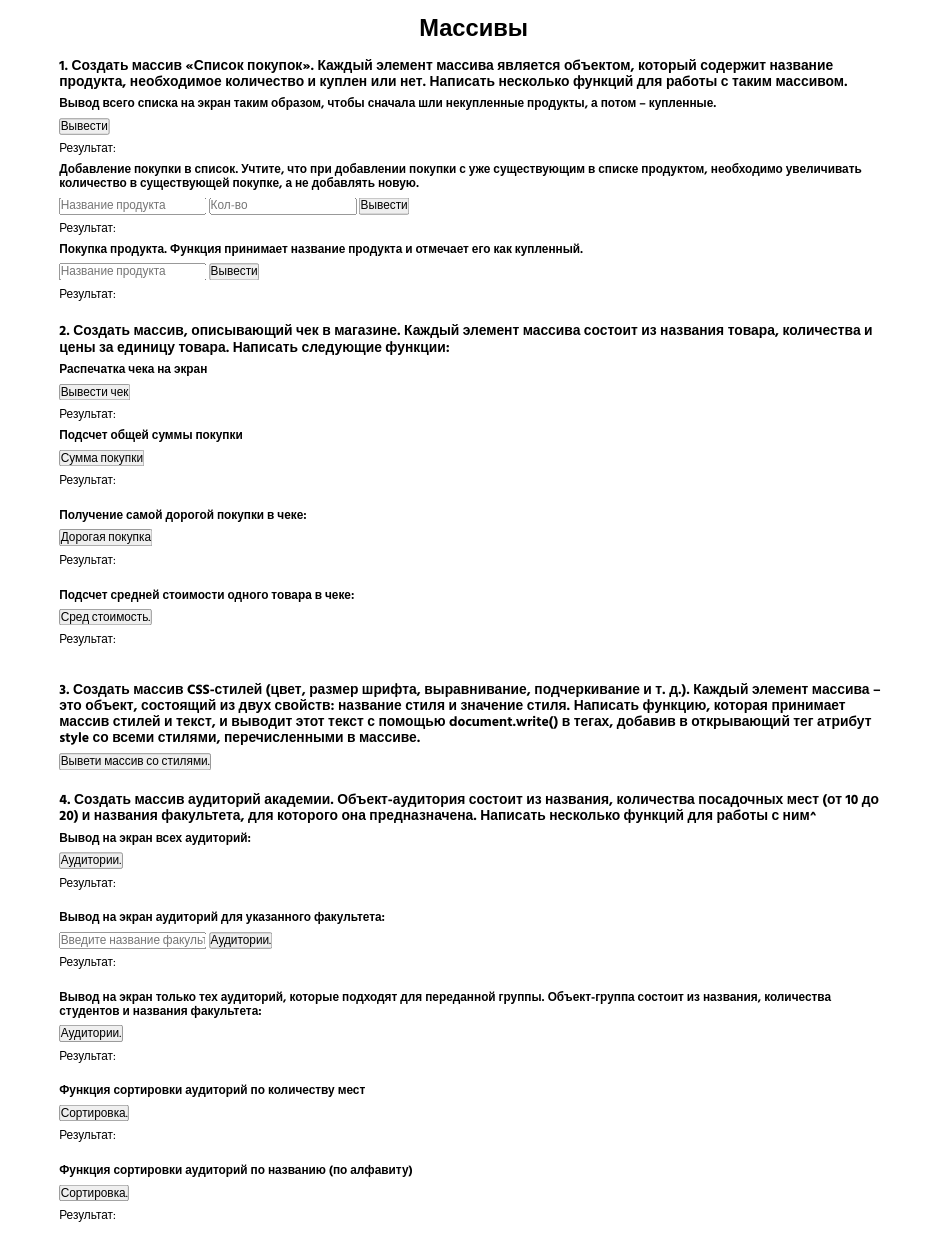
Repository: NastyaGavrilova/Beetroot-js
Page: HW5/index.html
These files come from the project's save history. The page is drawn as it stood at one moment and after the next save; the edit follows.
The browser window is 1280 px wide. The pictures show the whole page, at 74% of full size.

Above is the page before, as saved 2021-10-23 14:54:05.

### HW5/index.html
<!DOCTYPE html>
<html lang="en">
  <head>
    <meta charset="UTF-8" />
    <meta http-equiv="X-UA-Compatible" content="IE=edge" />
    <meta name="viewport" content="width=device-width, initial-scale=1.0" />
    <link rel="preconnect" href="https://fonts.googleapis.com" />
    <link rel="preconnect" href="https://fonts.gstatic.com" crossorigin />
    <link
      href="https://fonts.googleapis.com/css2?family=Hind+Siliguri:wght@400;500;700&display=swap"
      rel="stylesheet"
    />
    <link
      rel="stylesheet"
      href="https://cdnjs.cloudflare.com/ajax/libs/normalize/8.0.1/normalize.min.css"
      integrity="sha512-NhSC1YmyruXifcj/KFRWoC561YpHpc5Jtzgvbuzx5VozKpWvQ+4nXhPdFgmx8xqexRcpAglTj9sIBWINXa8x5w=="
      crossorigin="anonymous"
      referrerpolicy="no-referrer"
    />
    <link rel="stylesheet" href="./index.css" />
    <title>Arrays</title>
  </head>
  <body>
    <h1>Массивы</h1>
    <section class="c-task1">
      <div class="c-task1__wrapper">
        <h3 class="title">
          1. Создать массив «Список покупок». Каждый элемент массива является
          объектом, который содержит название продукта, необходимое количество и
          куплен или нет. Написать несколько функций для работы с таким
          массивом.
        </h3>
        <p class="task">
          Вывод всего списка на экран таким образом, чтобы сначала шли
          некупленные продукты, а потом – купленные.
        </p>
        <button id="js-task1-btn1">Вывести</button>
        <p class="paragraph">Результат: <span id="js-task1-span1"></span></p>
        <p class="task">
          Добавление покупки в список. Учтите, что при добавлении покупки с уже
          существующим в списке продуктом, необходимо увеличивать количество в
          существующей покупке, а не добавлять новую.
        </p>
        <form action="#" method="get">
          <input
            type="text"
            id="js-task1-input1"
            placeholder="Название продукта"
          />
          <input type="number" id="js-task1-input2" placeholder="Кол-во" />
          <button id="js-task1-btn2">Вывести</button>
        </form>
        <p class="paragraph">Результат: <span id="js-task1-span2"></span></p>
        <p class="task">
          Покупка продукта. Функция принимает название продукта и отмечает его
          как купленный.
        </p>
        <form action="#" method="get">
          <input
            type="text"
            id="js-task1-input4"
            placeholder="Название продукта"
          />
          <button id="js-task1-btn3">Вывести</button>
        </form>
        <p class="paragraph">Результат: <span id="js-task1-span3"></span></p>
      </div>
    </section>
    <section class="c-task2">
      <div class="c-task2__wrapper">
        <h3 class="title">
          2. Создать массив, описывающий чек в магазине. Каждый элемент массива
          состоит из названия товара, количества и цены за единицу товара.
          Написать следующие функции:
        </h3>
        <p class="task">Распечатка чека на экран</p>
        <button id="js-task2-btn1">Вывести чек</button>
        <p>
          Результат: <br />
          <span id="js-task2-span1"></span>
        </p>

        <p class="task">Подсчет общей суммы покупки</p>
        <button id="js-task2-btn2">Сумма покупки</button>
        <p>
          Результат: <br />
          <span id="js-task2-span2"></span><br />
        </p>
        <p class="task">Получение самой дорогой покупки в чеке:</p>
        <button id="js-task2-btn3">Дорогая покупка</button>
        <p>
          Результат: <br />
          <span id="js-task2-span3"></span><br />
        </p>
        <p class="task">Подсчет средней стоимости одного товара в чеке:</p>
        <button id="js-task2-btn4">Сред стоимость.</button>
        <p>
          Результат: <br />
          <span id="js-task2-span4"></span><br />
        </p>
      </div>
    </section>
    <section class="c-task3">
      <div class="c-task3__wrapper">
        <h3 class="title">
          3. Создать массив CSS-стилей (цвет, размер шрифта, выравнивание,
          подчеркивание и т. д.). Каждый элемент массива – это объект, состоящий
          из двух свойств: название стиля и значение стиля. Написать функцию,
          которая принимает массив стилей и текст, и выводит этот текст с
          помощью document.write() в тегах, добавив в открывающий тег атрибут
          style со всеми стилями, перечисленными в массиве.
        </h3>
        <button id="js-task3-btn">Вывети массив со стилями.</button>
      </div>
    </section>
    <section class="c-task4">
      <div class="c-task4__wrapper">
        <h3 class="title">
          4. Создать массив аудиторий академии. Объект-аудитория состоит из
          названия, количества посадочных мест (от 10 до 20) и названия
          факультета, для которого она предназначена. Написать несколько функций
          для работы с ним^
        </h3>
        <p class="task">Вывод на экран всех аудиторий:</p>
        <button id="js-task4-btn1">Аудитории.</button>
        <p>
          Результат: <br />
          <span id="js-task4-span1"></span><br />
        </p>
        <p class="task">Вывод на экран аудиторий для указанного факультета:</p>
        <form action="#" method="get">
          <input
            type="text"
            id="js-task4-input1"
            placeholder="Введите название факультета"
          />
          <button id="js-task4-btn2">Аудитории.</button>
        </form>
        <p>
          Результат: <br />
          <span id="js-task4-span2"></span><br />
        </p>

        <p class="task">
          Вывод на экран только тех аудиторий, которые подходят для переданной
          группы. Объект-группа состоит из названия, количества студентов и
          названия факультета:
        </p>
        <button id="js-task4-btn3">Аудитории.</button>
        <p>
          Результат: <br />
          <span id="js-task4-span3"></span><br />
        </p>
        <p class="task">Функция сортировки аудиторий по количеству мест</p>
        <button id="js-task4-btn4">Сортировка.</button>
        <p>
          Результат: <br />
          <span id="js-task4-span4"></span><br />
        </p>
        <p class="task">
          Функция сортировки аудиторий по названию (по алфавиту)
        </p>
        <button id="js-task4-btn5">Сортировка.</button>
        <p>
          Результат: <br />
          <span id="js-task4-span5"></span><br />
        </p>
      </div>
    </section>
    <script src="index.js"></script>
  </body>
</html>

### HW5/index.css
* {
  box-sizing: border-box;
  padding: 0;
  margin: 0;
}
body {
  max-width: 1200px;
  margin: 0 auto;
  font-family: "Hind Siliguri", sans-serif;
}
h1 {
  text-align: center;
  margin-bottom: 20px;
}

section {
  padding: 0 40px 20px 40px;
}
span {
  font-weight: bold;
}

.title,
p,
button {
  margin-bottom: 10px;
}

.task {
  font-weight: bold;
}

### HW5/index.js
// task 1

class Product {
  constructor(params = {}) {
    Object.assign(
      this,
      {
        nameOfProduct: null,
        amount: 1,
        bought: false,
      },
      { ...params }
    );
  }
  // словие сортировки для метода sort
  static sortDefault(a, b) {
    return (
      (a.bought - b.bought) * 10 +
      a.nameOfProduct.localeCompare(b.nameOfProduct)
    );
  }
  // метод для вывода списка
  static showProduct(a) {
    return ` ${a.nameOfProduct} (x${a.amount}) ${
      a.bought ? "куплено" : "не куплено"
    }`;
  }
}
// масив обьектов продуктов
let shopList = [
  { nameOfProduct: "Банан", amount: 2 },
  { nameOfProduct: "Апельсин", amount: 5, bought: true },
  { nameOfProduct: "Молоко", bought: true },
  { nameOfProduct: "Груша", amount: 10 },
].map((prodDef) => new Product(prodDef));

// добавление покупки
let addToShopList = (prodDef) => {
  // при добавлении покупки с уже существующим в списке продуктом, необходимо увеличивать количество в существующей покупке, а не добавлять новую
  let prod = shopList.find(
    (prod) => prod.nameOfProduct === prodDef.nameOfProduct
  );
  if (!prod) return shopList.push(new Product(prodDef));
  prod.amount += prodDef.amount;
};
// функция куаленного продукта
let boughtProduct = (product) => {
  // при вводе существующего продукта его статус меняеться на "куплено"
  let prod = shopList.find(
    (prod) => prod.nameOfProduct === product.nameOfProduct
  );
  if (!prod.bought) return (prod.bought += true);
};
// кнопка для функции сортировки и вівода
let btn1 = document.getElementById("js-task1-btn1");
btn1.addEventListener("click", (e) => {
  e.preventDefault();
  let showSortByBought = document.getElementById("js-task1-span1");
  shopList.sort(Product.sortDefault);
  return (showSortByBought.innerHTML = shopList.map(Product.showProduct));
});
// кнопка для добавления сортировки и вівода
let btn1_2 = document.getElementById("js-task1-btn2");
btn1_2.addEventListener("click", (e) => {
  e.preventDefault();
  let showAddProduct = document.getElementById("js-task1-span2");
  let nameProd = document.getElementById("js-task1-input1");
  let amountProd = document.getElementById("js-task1-input2");
  addToShopList({
    _nameOfProduct: nameProd.value,
    get nameOfProduct() {
      return this._nameOfProduct;
    },
    set nameOfProduct(value) {
      this._nameOfProduct = value;
    },
    amount: +amountProd.value,
  });
  shopList.sort(Product.sortDefault);
  return (showAddProduct.innerHTML = shopList.map(Product.showProduct));
});
// кнопка для изменения статуса продукта, сортировки и вівода
let btn1_3 = document.getElementById("js-task1-btn3");
btn1_3.addEventListener("click", (e) => {
  let showBoughtPoduct = document.getElementById("js-task1-span3");
  let nameProduct = document.getElementById("js-task1-input4");
  boughtProduct({ nameOfProduct: nameProduct.value });
  shopList.sort(Product.sortDefault);
  return (showBoughtPoduct.innerHTML = shopList.map(Product.showProduct));
});

// task 2

class ShopCheck {
  constructor(params = {}) {
    Object.assign(
      this,
      {
        nameShopProduct: null,
        price: 1,
        amount: 1,
      },
      { ...params }
    );
  }
  // сортировка сначала дорогие продуты
  static sortExpensive(a, b) {
    if (a.amount * a.price < b.amount * b.price) {
      return 1;
    }
    if (a.amount * a.price > b.amount * b.price) {
      return -1;
    }
    return 0;
  }
}
let shopCheck = [
  {
    nameOfProduct: "Зубная паста",
    price: 30,
  },
  {
    nameOfProduct: "Бананы",
    price: 10,
    amount: 20,
  },
  {
    nameOfProduct: "Губки (упаковка)",
    price: 30,
    amount: 4,
  },
  {
    nameOfProduct: "Капуста",
    price: 90,
    amount: 2,
  },
  {
    nameOfProduct: "Кастрюля",
    price: 150,
    amount: 1,
  },
].map((prodDef) => new ShopCheck(prodDef));

// переобразование метода toString()
ShopCheck.prototype.toString = function checkToString() {
  return `${this.nameOfProduct} (x${this.amount}), цена ${this.price}грн за 1 ед.`;
};
// функция вывода массива обьектов
let showCheckList = (spanEl) => {
  let str = " ";
  for (let i = 0; i < shopCheck.length; i++) {
    if (shopCheck[i] !== undefined)
      str += i + " - " + shopCheck[i].toString() + "<br>";
  }
  return (spanEl.innerHTML = str);
};
// функция подсчета общей суммы покупок
let sumCheck = (arr) => {
  let result = 0;
  const initialValue = 0;
  result = arr.reduce(function (accumulator, currentValue) {
    return accumulator + currentValue.price * currentValue.amount;
  }, initialValue);
  return result;
};

// функция подсчета средней стоимости товара в чеке
let mediumPriceInChek = (arr) => {
  let result = 0;
  result = sumCheck(arr) / arr.length;
  return result;
};

let btn2 = document.getElementById("js-task2-btn1");
btn2.addEventListener("click", (e) => {
  e.preventDefault();
  let outputShopCheck = document.getElementById("js-task2-span1");
  showCheckList(outputShopCheck);
});

let btn2_1 = document.getElementById("js-task2-btn2");
btn2_1.addEventListener("click", (e) => {
  e.preventDefault();
  let outputSumCheck = document.getElementById("js-task2-span2");
  outputSumCheck.innerHTML = sumCheck(shopCheck) + " грн";
});

let btn2_3 = document.getElementById("js-task2-btn3");
btn2_3.addEventListener("click", (e) => {
  e.preventDefault();
  let outputExpensiveProd = document.getElementById("js-task2-span3");
  shopCheck.sort(ShopCheck.sortExpensive);
  outputExpensiveProd.innerHTML = shopCheck[0].toString();
});

let btn2_4 = document.getElementById("js-task2-btn4");
btn2_4.addEventListener("click", (e) => {
  e.preventDefault();
  let outputAvgPrice = document.getElementById("js-task2-span4");
  outputAvgPrice.innerHTML = mediumPriceInChek(shopCheck) + " грн";
});

// task3

let styles = [
  {
    color: "palevioletred",
    "font-weight": "bold",
    padding: "10px",
    border: "4px double #E800FD",
    text: "Lorem ipsum dolor sit amet consectetur adipisicing elit. Sed, dolorem. Nam, dignissimos alias laborum, minima doloremque repudiandae nostrum est ea ipsa atque similique voluptate voluptates blanditiis vero! Molestiae, similique iusto.",
  },
  {
    color: "blue",
    "font-weight": "bold",
    padding: "10px",
    border: "4px solid #1E2A9F",
    text: "Lorem ipsum dolor sit amet consectetur adipisicing elit. Sed, dolorem. Nam, dignissimos alias laborum, minima doloremque repudiandae nostrum est ea ipsa atque similique voluptate voluptates blanditiis vero! Molestiae, similique iusto.",
  },
];

function newContentStyles() {
  styles.forEach((item) => {
    document.write(
      `<p style = "color: ${item.color}; font-weight: ${item["font-weight"]}; padding: ${item["padding"]}; border: ${item.border}">${item.text}</p> `
    );
  });
}
let btn3 = document.getElementById("js-task3-btn");
btn3.addEventListener("click", (e) => {
  e.preventDefault();
  newContentStyles();
});

// task 4

class Audiences {
  constructor(params = {}) {
    Object.assign(
      this,
      {
        name: null,
        seats: 1,
        faculty: null,
      },
      { ...params }
    );
  }

  static sortBySeats(a, b) {
    if (a.seats < b.seats) {
      return 1;
    }
    if (a.seats > b.seats) {
      return -1;
    }
    return 0;
  }
}
Audiences.prototype.toString = function checkToString() {
  return `${this.name} (x${this.seats}), Факультет ${this.faculty} `;
};

let audincesList = [
  {
    name: "Первая",
    seats: 230,
    faculty: "Компьютерных технологий",
  },
  {
    name: "Вторая",
    seats: 135,
    faculty: "Филологии",
  },
  {
    name: "Третья",
    seats: 97,
    faculty: "Экономики",
  },
  {
    name: "Четвертая",
    seats: 188,
    faculty: "Компьютерных технологий",
  },
  {
    name: "Пятая",
    seats: 104,
    faculty: "Архитектуры",
  },
].map((prodDef) => new Audiences(prodDef));

let showAudiences = (arr, spanEl) => {
  let str = " ";
  for (let i = 0; i < arr.length; i++) {
    if (arr[i] !== undefined) str += i + " - " + arr[i].toString() + "<br>";
  }
  return (spanEl.innerHTML = str);
};

let showAudiencesByFaculty = (arr, faculty, spanEl) => {
  let str = " ";
  for (let i = 0; i < arr.length; i++) {
    if (arr[i].faculty === faculty) {
      str += i + " - " + arr[i].toString() + "<br>";
    }
  }
  return (spanEl.innerHTML = str);
};

let group = {
  name: "Инженерия программного обеспечения",
  students: 60,
  faculty: "Компьютерных технологий",
};

let findAudiencesForGroup = (arr, obj, spanEl) => {
  for (let i = 0; i < arr.length; i++) {
    if (arr[i].seats === obj.students || arr[i].seats > group.students) {
      return (spanEl.innerHTML = ` ${arr[i].name} подходит для группы ${group.name} !`);
    }
  }
};

let btn4 = document.getElementById("js-task4-btn1");
btn4.addEventListener("click", (e) => {
  e.preventDefault();
  let audiencesShow = document.getElementById("js-task4-span1");
  showAudiences(audincesList, audiencesShow);
});

let btn4_1 = document.getElementById("js-task4-btn2");
btn4_1.addEventListener("click", (e) => {
  e.preventDefault();
  let audienceShow1 = document.getElementById("js-task4-span2");
  let facultyName = document.getElementById("js-task4-input1");
  showAudiencesByFaculty(audincesList, facultyName.value, audienceShow1);
});

let btn4_2 = document.getElementById("js-task4-btn3");
btn4_2.addEventListener("click", (e) => {
  e.preventDefault();
  let audiencesShow2 = document.getElementById("js-task4-span3");
  findAudiencesForGroup(audincesList, group, audiencesShow2);
});

let btn4_3 = document.getElementById("js-task4-btn4");
btn4_3.addEventListener("click", (e) => {
  e.preventDefault();
  let sortAudiencesBySeats = document.getElementById("js-task4-span4");
  audincesList.sort(Audiences.sortBySeats);
  showAudiences(audincesList, sortAudiencesBySeats);
});

let btn4_4 = document.getElementById("js-task4-btn5");
btn4_4.addEventListener("click", (e) => {
  e.preventDefault();
  let sortByAlphabit = document.getElementById("js-task4-span5");
  audincesList.sort();
  showAudiences(audincesList, sortByAlphabit);
});

After the next save:
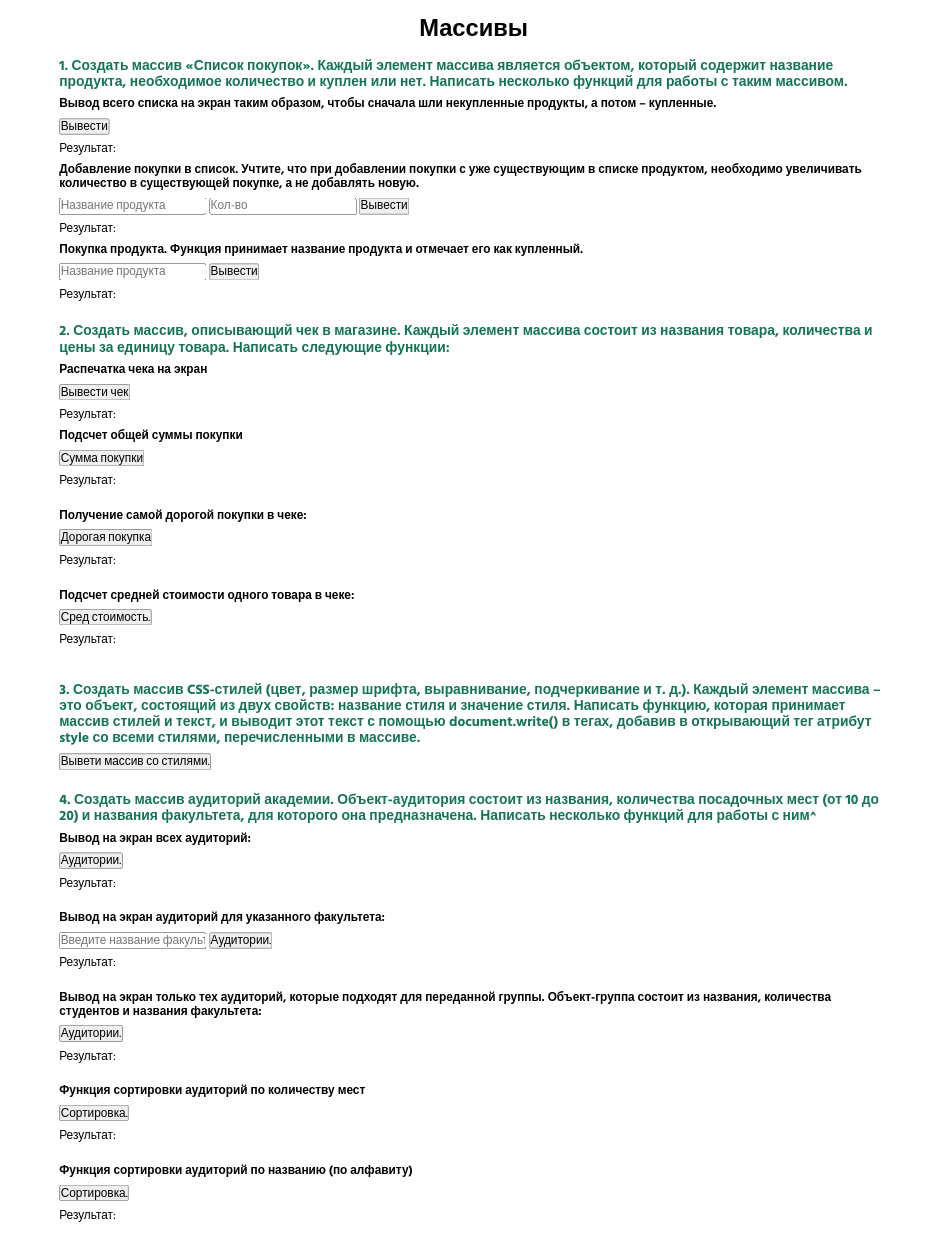
Saved 84 s later.
--- a/HW5/index.css
+++ b/HW5/index.css
@@ -20,6 +20,9 @@ span {
   font-weight: bold;
 }
 
+.title {
+  color: rgb(20, 117, 85);
+}
 .title,
 p,
 button {
